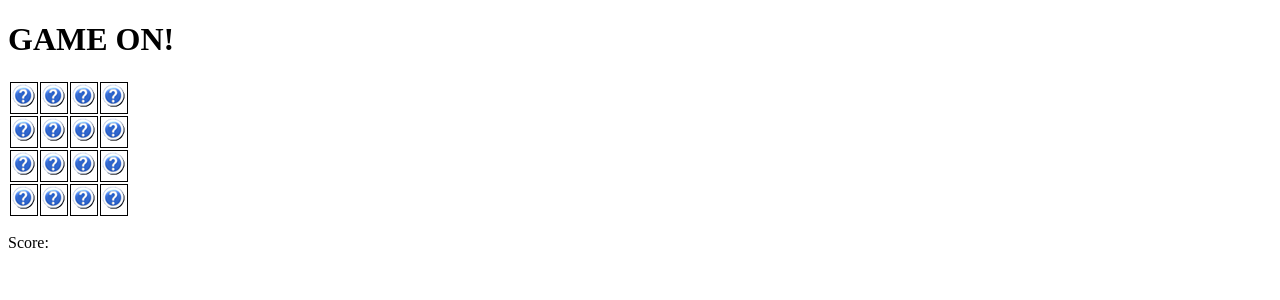
Repository: rs222kn/1dv403-laborationer
Page: 3-gameon/memory/index.html
The author's editor kept a record of every edit. The page is drawn from the files as they stood at one moment, then again after the next edit.
The browser window is 1280 px wide. The pictures show the whole page.

Above is the page before.

### 3-gameon/memory/index.html
<!DOCTYPE html>
<html lang="sv">
    <head>
        <meta charset="UTF-8" />
 	    <title>GAME ON!</title>
        <link rel="stylesheet" type="text/css" href="css/style.css">
    </head>
    <body>
        <header>
            <h1>GAME ON!</h1>
        </header>
        <main>
            <table id="grid">
            </table>

            <p id="score">Score: </p>
            <p id="time"></p>
            <p id="result"></p>
        </main>
        <script src="script/memory.js"></script>
        <script src="script/random.js"></script>
    </body>
</html>

### 3-gameon/memory/css/style.css
#grid{
    width: 100px;
}
.gridRow{

}

.gridCell{

    border: solid 1px;
}

.hh{
    background-color: #000000;
    width: 300px;
    border: solid 3px;
}

### 3-gameon/memory/script/memory.js
"use strict";

var Memory = {

    doc: {
        grid:   document.getElementById("grid"),
        pScore: document.getElementById("score"),
        pTime: document.getElementById("time"),
        pResult: document.getElementById("result")
    },

    vars: {
             // [5,5,3,3,4,4,2,2,7,7,6,6,1,1,8,8] Fusk! :P
        ranImg: [[5,5,3,3,4,4,2,2,7,7,6,6,1,1,8,8]], // alla random nr
        imgTagIndex: [], // lagrar hela create
        score: 0,
        startTime: undefined,

        gridRows: 4,
        gridCells: 4,

        itChe1: {id: null, imgNr: null, preJ: null}, // objekt som lagrar värdena på det gammla cell'trycket en för vardera cell
        timesPressed: 0,
        timeoutID: null, // timeout id för timer om man skulle vilja avbryta den.

        gridSelector: []
    },
    // återställer alla värden..
    reset:function(){
        //Memory.vars.ranImg = [];
        Memory.vars.imgTagIndex = [];
        Memory.vars.score = 0;
        Memory.vars.startTime = undefined;

        Memory.vars.itChe1.id = null;
        Memory.vars.itChe1.imgNr = null;
        Memory.vars.itChe1.preJ = null;

        Memory.vars.timesPressed = 0;
        Memory.vars.timeoutID = null;

        //Memory.vars.gridSelector = [];
    },
    // inisierar alla variabler och obj o functioner
    init: function(){

        Memory.reset();
        Memory.vars.startTime = new Date();
        //Memory.vars.ranImg.push(new RandomGenerator.getPictureArray(Memory.vars.gridRows, Memory.vars.gridCells));
        console.log("SlupmArr: " + Memory.vars.ranImg);
        Memory.gameBord(Memory.vars.gridRows, Memory.vars.gridCells, Memory.vars.ranImg); //storleken på gridd

        Memory.cellPress(Memory.vars.gridSelector.push(document.querySelectorAll(".gridCell")));

        // den riktiga
       //Memory.cellPress(document.querySelectorAll(".gridCell"));
        //console.log(Memory.vars.gridSelector);
    },
    // ritar upp game bord och skapar massa tagga
    gameBord: function(rowY, cellX){

        for(var i = 0; i < rowY; i++){

            var row = document.createElement("tr");
            row.setAttribute("class","gridRow");

            for(var j = 0; j < cellX; j++){

                var create ={
                    cell: document.createElement("td"),
                    a: document.createElement("a"),
                    img: document.createElement("img")
                };

                //var cells = (i * cellX) + j; // antalet celler i gridd // kan användas för att räkna ut score

                // attributer
                create.a.setAttribute("href", "#");
                create.img.setAttribute("src", "pics/0.png");
                create.cell.setAttribute("class", "gridCell");

                // append's
                row.appendChild(create.cell);
                create.cell.appendChild(create.a);
                create.a.appendChild(create.img);

                Memory.vars.imgTagIndex.push(create);
            }
            Memory.doc.grid.appendChild(row);
        }
        //console.log(Memory.vars.imgTagIndex);


    },
    // kärs om man trycker på en cell.
    cellPress: function(/*gridSelector*/){

        var funa = function(){
            console.log("function i function");
        };

        for (var i = 0; i < Memory.vars.gridSelector[0].length; i++) {
            addListener(i);
            //removeListener(i);

        }

        function addListener(j) {
            Memory.vars.gridSelector[0][j].addEventListener("click",function func(e){
                press(e, j, Memory.vars.ranImg[0][j], func);

                //removeListener(j,h);
           });
        }
        function removeListener(id, d){
            console.log("hej :"+ id);
            //removeListeners
            Memory.vars.gridSelector[0][id].removeEventListener("click", d);
        }

        // Truck på en av alla cell'er
        function press(e, it, ranImg){
            console.log(Memory.vars.timesPressed);
            if(Memory.vars.timesPressed === 0){ // cell tryck 1
                Memory.vars.imgTagIndex[it].img.setAttribute("src", 'pics/'+ranImg+'.png'); // byter bild när man klickar på den specifik cell

                Memory.vars.itChe1.id = it; // sparar nuvarande värden så dom kan användas senare
                Memory.vars.itChe1.imgNr = ranImg;
                Memory.vars.timesPressed=1;

            }else if(Memory.vars.timesPressed === 1){ // cell tryck 2
                Memory.vars.imgTagIndex[it].img.setAttribute("src", 'pics/'+ranImg+'.png'); // byter bild när man klickar på den specifik cell

                // kollar om dom båda har samma imgNr (altså dom har samma bild)
                if(Memory.vars.itChe1.imgNr === ranImg){
                    Memory.vars.score++;
                    Memory.doc.pScore.innerHTML = "Score: "+ Memory.vars.score;
                    var total = Memory.vars.gridRows + Memory.vars.gridCells;

                    // fixar allt med poäng.
                    if(Memory.vars.score === total){
                        Memory.doc.pResult.innerHTML = "Grattis du klarade det!";
                        var endDate = new Date();
                        var totTime =  (endDate - Memory.vars.startTime)/1000;
                        Memory.doc.pTime.innerHTML = "Det tog dig: " + totTime + "sekunder";
                    }
                }else{ // om inte kallar vi på timer som tar bort bilderna.
                    Memory.timers(0 , Memory.vars.itChe1.id, it);

                    setTimeout(function(){
                        addListener(it);
                        addListener(Memory.vars.itChe1.id);
                    }, 1000);
                }
                Memory.vars.timesPressed=2; // gör så man inte kan klicka felra gånger.
                Memory.timers(2); // återställer klick functionen efter 1sec.
            }else{
                console.log("else :(");
             }
        }

    },

    // tar han om alla olika timers o timer reset
    timers: function(timerId, it1, it2){
        console.log("testar");


        var time = {
            changeBackPic: function(){
                Memory.vars.timeoutID = setTimeout(function(){
                    // byter till standard bild efter 1sec
                    Memory.vars.imgTagIndex[it1].img.setAttribute("src", 'pics/0.png');
                    Memory.vars.imgTagIndex[it2].img.setAttribute("src", 'pics/0.png');

                }, 1000);
            },
            justWait: function(){
                setTimeout(function() {
                    Memory.vars.timesPressed = 0;
                    Memory.vars.itChe1.id = null;
                    Memory.vars.itChe1.imgNr = null;
                }, 1000);
            }
        };
        switch(timerId){
            case 0:
                time.changeBackPic();
                break;
            case 1:
                clearTimeout(Memory.vars.timeoutID);
                break;
            case 2:
                time.justWait();
                break;
        }
    }
};

window.onload = Memory.init;

### 5-pwd/script/random.js
var RandomGenerator = {

	/*
		Denna metod tar antalet rader och columner som inparameter.

		Metoden returnerar en array innehållandes utslumpade tal mellan 1 och (rows*cols)/2. Varje tal representeras två
		gånger och motsvarar således en spelbricka.

		I en 4*4 matris kan Arrayen t.ex. se ut så här:
		[1,2,6,8,6,2,5,3,1,3,7,5,8,4,4,7]

		I en 2*4 matris kan Arrayen t.ex. se ut så här:
		[3,4,4,1,2,1,2,3]
	*/

	getPictureArray: function(rows, cols)
	{
		var numberOfImages = rows*cols;
		var maxImageNumber = numberOfImages/2;

	   	var imgPlace = [];

	   //Utplacering av bilder i Array
	   for(var i=0; i<numberOfImages; i++)
		  imgPlace[i] = 0;

		for(var currentImageNumber=1; currentImageNumber<=maxImageNumber; currentImageNumber++)
		{
			var imageOneOK = false;
			var imageTwoOK = false;

			do
			{
				if(imageOneOK == false)
				{
					var randomOne = Math.floor( (Math.random() * (rows*cols-0) + 0) );

					if( imgPlace[randomOne] == 0 )
					{
						imgPlace[randomOne] = currentImageNumber;
						imageOneOK = true;
					}
				}

				if(imageTwoOK == false)
				{
					var randomTwo = Math.floor( (Math.random() * (rows*cols-0) + 0) );

					if( imgPlace[randomTwo] == 0 )
					{
						imgPlace[randomTwo] = currentImageNumber;
						imageTwoOK = true;
					}
				}
			}
			while(imageOneOK == false || imageTwoOK == false);
		}

		return imgPlace;
	}
}

After the next edit:
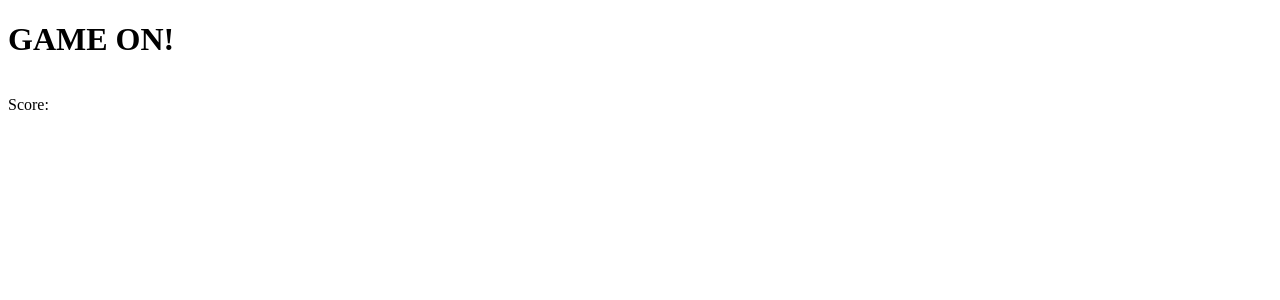
Console error: SyntaxError: Unexpected token '}'
The edit:
--- a/3-gameon/memory/script/memory.js
+++ b/3-gameon/memory/script/memory.js
@@ -127,7 +127,7 @@
                 Memory.vars.itChe1.id = it; // sparar nuvarande värden så dom kan användas senare
                 Memory.vars.itChe1.imgNr = ranImg;
                 Memory.vars.timesPressed=1;
-
+               removeListener(it,
             }else if(Memory.vars.timesPressed === 1){ // cell tryck 2
                 Memory.vars.imgTagIndex[it].img.setAttribute("src", 'pics/'+ranImg+'.png'); // byter bild när man klickar på den specifik cell
 

After the 2 edits that followed:
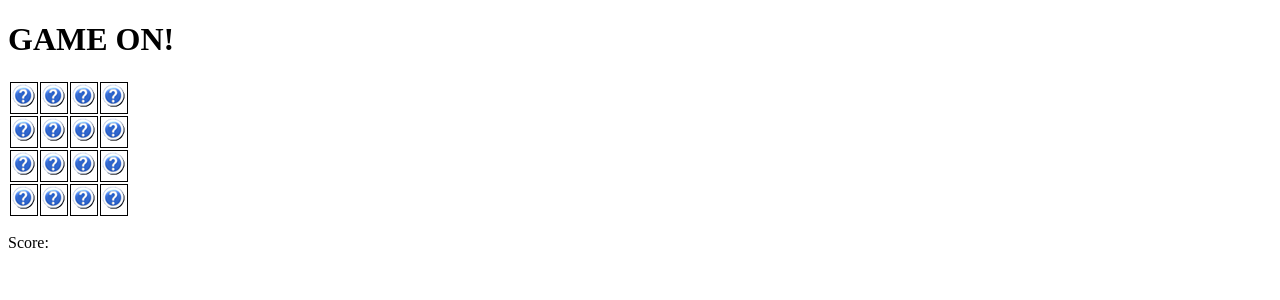
The error is gone.
The 2 edits are shown as one change because 1 left the picture as it was.
The edit:
--- a/3-gameon/memory/script/memory.js
+++ b/3-gameon/memory/script/memory.js
@@ -119,7 +119,7 @@
         }
 
         // Truck på en av alla cell'er
-        function press(e, it, ranImg){
+        function press(e, it, ranImg, func){
             console.log(Memory.vars.timesPressed);
             if(Memory.vars.timesPressed === 0){ // cell tryck 1
                 Memory.vars.imgTagIndex[it].img.setAttribute("src", 'pics/'+ranImg+'.png'); // byter bild när man klickar på den specifik cell
@@ -127,7 +127,7 @@
                 Memory.vars.itChe1.id = it; // sparar nuvarande värden så dom kan användas senare
                 Memory.vars.itChe1.imgNr = ranImg;
                 Memory.vars.timesPressed=1;
-               removeListener(it,
+                removeListener(it,func);
             }else if(Memory.vars.timesPressed === 1){ // cell tryck 2
                 Memory.vars.imgTagIndex[it].img.setAttribute("src", 'pics/'+ranImg+'.png'); // byter bild när man klickar på den specifik cell
 
